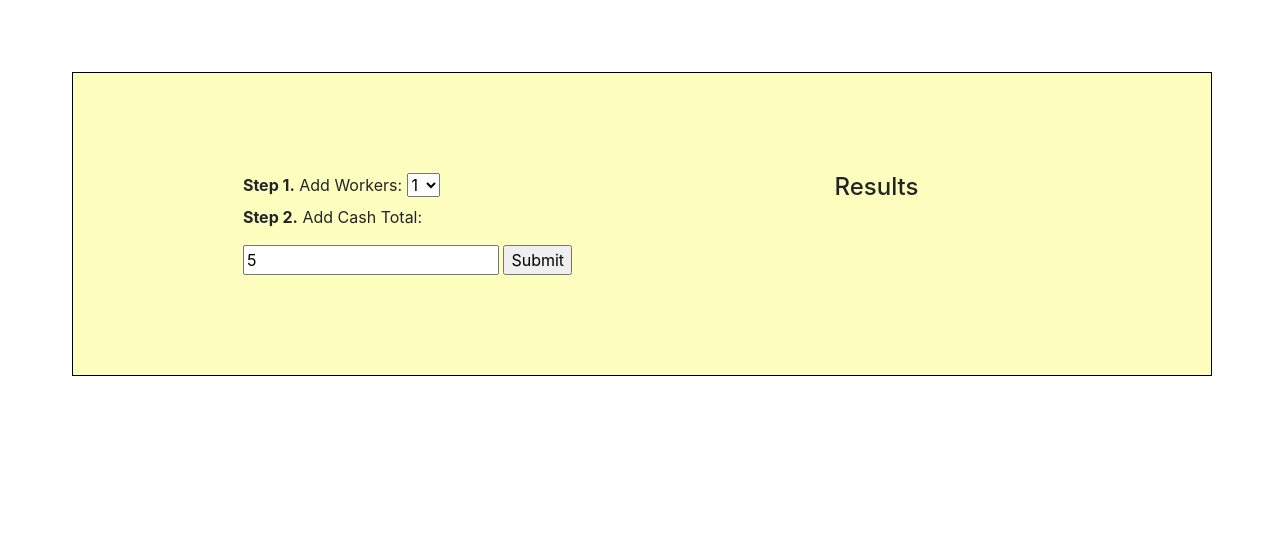
Repository: PBillingsby/on-the-fly
Page: on-the-fly-frontend/index.html
The author's editor kept a copy of each file at every save. The page is drawn from the files as they stood at one save, then again after a run of saves.
The browser window is 1280 px wide. The pictures show the whole page.
Empty fields were first filled with sample values (such as "Sample", 5 or name@example.com).
After loading, the first visible `#addworker` was changed once.

Above is the page before, as saved 2020-07-13 16:19:58.
Console error: SyntaxError: Unexpected token '{'

### on-the-fly-frontend/index.html
<!DOCTYPE html>
<html lang="en">
<head>
  <meta charset="UTF-8">
  <meta name="viewport" content="width=device-width, initial-scale=1.0">
  <meta http-equiv="X-UA-Compatible" content="ie=edge">
  <link rel="stylesheet" href="https://stackpath.bootstrapcdn.com/bootstrap/4.3.1/css/bootstrap.min.css" integrity="sha384-ggOyR0iXCbMQv3Xipma34MD+dH/1fQ784/j6cY/iJTQUOhcWr7x9JvoRxT2MZw1T" crossorigin="anonymous">
  <link rel="stylesheet" href="css/style.css">
  <script src="scripts/tipScript.js"></script>
  <title>Document</title>
</head>
<body>
  <div class="container">
    <div id="worker-form" class="mx-auto">
      <label><strong>Step 1.</strong> Add Workers:</label>
      <select name="worker" id="addworker" onchange="addWorker(value)">
        <option value="-" disable>-</option>
        <option value="1">1</option>
        <option value="2">2</option>
        <option value="3">3</option>
        <option value="4">4</option>
        <option value="5">5</option>

      </select>

      <form id="form-block">
      </form>
      <p><strong>Step 2.</strong> Add Cash Total:</p><input type="number" placeholder="" id="cashTips"></span>
      <input type="submit" placeholder="Add Cash" onclick="calculateTips()">

    </div>
    <div id="results" class="mx-auto">
      <h4 class="text-center">Results</h4>
    </div>
  </div>
</body>
</html>

### on-the-fly-frontend/css/style.css
.container {
  background-color: rgb(254, 255, 190);
  margin: 10vh;
  display: grid;
  grid-template-columns: 1fr 1fr;
  border: 1px solid black;
  padding: 100px;
}

@media(max-width: 640px) {
  .container {
    width: 75%;
    display: block;
    text-align: center;
    padding: 25px;
  }
  #worker-form {
    padding: 10px;
  }
}

### on-the-fly-frontend/scripts/tipScript.js
function addWorker(value) {
  const form = document.getElementById('form-block');
  form.addEventListener("submit", () => {
    event.preventDefault();
  })
  for (i = 0; i < value; i++) {
    const newForm = `
  <div id="worker[${i + 1}]" class="worker-div">
    <h4>Worker ${i + 1}</h4>
    <div class="form-group">
      <input type="text" name="worker" class="" placeholder="Worker Name">
    </div>
    <div class="form-group">
      <input type="number" name="hours" placeholder="Hours Worked">
    </div>
  </div>`;
    document.getElementById('form-block').innerHTML += newForm;
  }
  if (document.getElementById('form-block').childNodeCount > 0 {
      event.preventDefault();
      })
}

function calculateTips() {
  let workers = [];
  let cashTip = parseInt(document.getElementById('cashTips').value)
  for (let i = 0; i < document.getElementsByClassName('worker-div').length; i++) {
    let workerInfo = {
      name: document.getElementById(`worker[${i + 1}]`).querySelector('input').value,
      hours: parseInt(document.getElementById(`worker[${i + 1}]`).querySelectorAll('input')[1].value) // Multiply by hourly
    }
    workers.push(workerInfo)
  }
  returnTips(workers, cashTip);
}

function returnTips(arr, cashTips) {
  let count = 0;
  arr.forEach(obj => count += obj.hours)
  const hourly = cashTips / count;
  arr.forEach(worker => {
    document.getElementById('results').innerHTML = `<h4>${worker.name} you made $${parseFloat(worker.hours * hourly).toFixed(2)}</h4>`;
  })
  document.getElementById('results').innerHTML += ` <button type="submit" onclick="refreshPage()">Reload</button>`
}

After the next 2 saves:
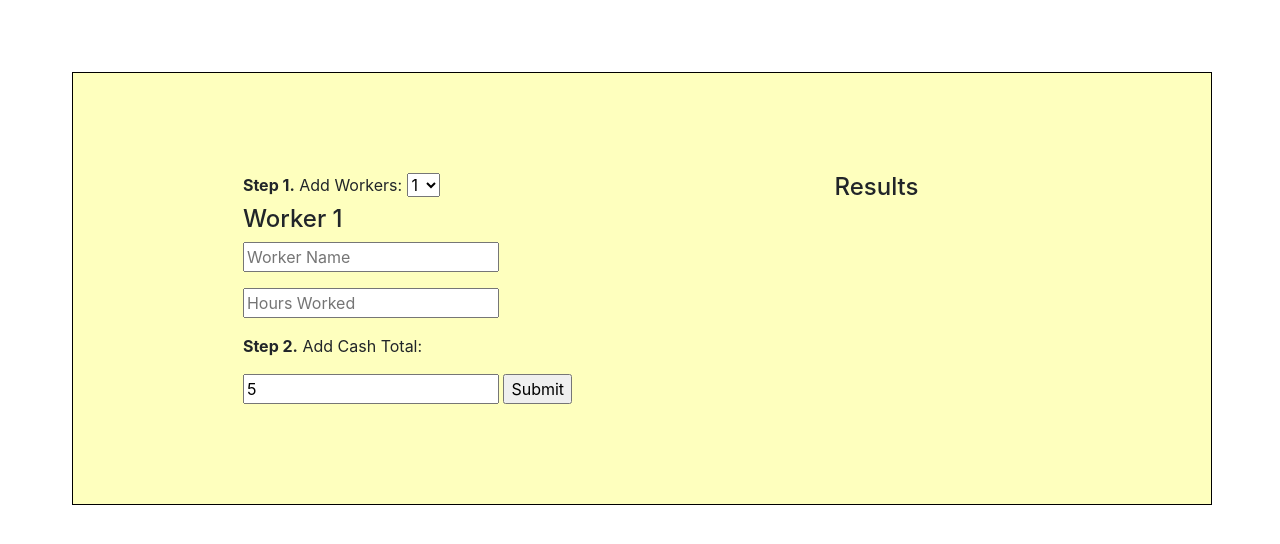
The error is gone.
The 2 saves are shown as one change because they came seconds apart.
The last was saved 31 s later.
--- a/on-the-fly-frontend/scripts/tipScript.js
+++ b/on-the-fly-frontend/scripts/tipScript.js
@@ -16,9 +16,9 @@ function addWorker(value) {
   </div>`;
     document.getElementById('form-block').innerHTML += newForm;
   }
-  if (document.getElementById('form-block').childNodeCount > 0 {
+  if (document.getElementById('form-block').childNodeCount > 0) {
       event.preventDefault();
-      })
+      }
 }
 
 function calculateTips() {
